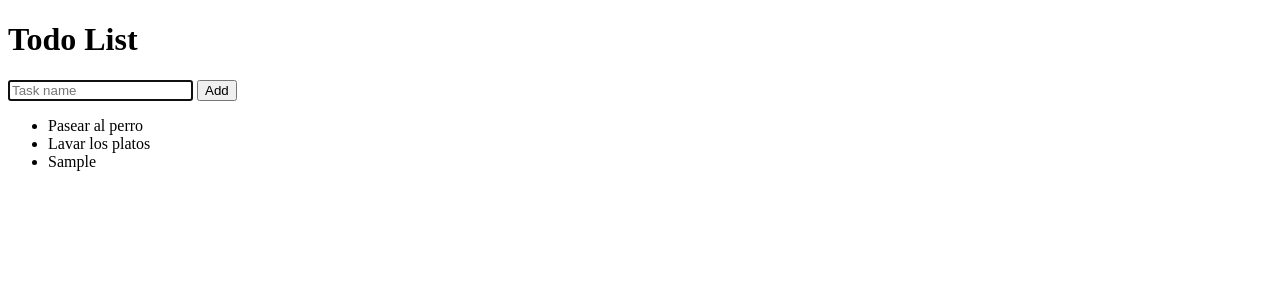
Repository: montsecg/nuclio-javascript-lecture-montse
Page: index.html
The author's editor kept a copy of each file at every save. The page is drawn from the files as they stood at one save, then again after the next save.
The browser window is 1280 px wide. The pictures show the whole page.
Empty fields were first filled with sample values (such as "Sample", 5 or name@example.com).
After loading, the first visible `button` was clicked once.

Above is the page before, as saved 2021-04-15 22:12:54.

### index.html
<!DOCTYPE html>
<html lang="es">
<head> <!--tiene información sobre el documento-->
    <meta charset="UTF-8">
    <meta http-equiv="X-UA-Compatible" content="IE=edge">
    <meta name="viewport" content="width=device-width, initial-scale=1.0">
    <meta name="description" content="The description">
    <link rel="stylesheet" href="./styles.css">
    <script defer src="./index.js"></script><!--carga el documento de JAVASCRIPT-->
    <title>App con javascript</title>
</head>
<body> <!--tiene contenido de la página-->

    <h1 class= "title">Todo List</h1>
    <input placeholder= "Task name" type="text">
    <button>Add</button>
    <ul>
        <li>Pasear al perro</li>
        <li>Lavar los platos</li>
    </ul>


<!-- siempre se escribre después de los elementos que se ven alterados por JAVASECRIPT-->


</body>
</html>

### index.js
//* TRABAJANDO CON BOTONES EN HTML*//

/*const button = document.querySelector("button");*/
/*console.dir(button);
button.innerText = "Hola!";*/


//*cuando se haga clic en el botón, se imprimirá por consola la frase :button clicked*/
/*button.addEventListener("click", () =>{ /*primer parámeto(click)= el nombre del evento que se quiere escuchar con la función addEventListener
    console.log("button clicked")/*segundo parámetro (@functión) = a la acción que se ha de ejecutar cuando ocurra el evento especificado en el primer parámetro
});*/


//*cuando se haga clic en el botón, se cambiará en el botón el texto:Hola*/
/*button.addEventListener("click", () =>{ primer parámeto(click)= el nombre del evento que se quiere escuchar con la función addEventListener
    button.innerText = "Hola";segundo parámetro (String) = la acción que se ha de ejecutar cuando ocurra el evento especificado en el primer parámetro
});*/

//*cuando se haga click en el botón, se mostratá en el botón la suma de las veces que se clika*/

/*let count = 1;
button.addEventListener("click", () =>{ primer parámeto(click)= el nombre del evento que se quiere escuchar con la función addEventListener
    button.innerText = count;segundo parámetro (contador) = /*la acción que se ha de ejecutar cuando ocurra el evento especificado en el primer parámetro
    count += 1;
    if (count >= 11 ) {
        count = 1;
    }
});*/

//*cuando se haga click en el botón, se cambia el style (CSS) del h1*/
/*const title = document.querySelector("h1");
let count = 1;

button.addEventListener("click", () =>{ primer parámeto(click)= el nombre del evento que se quiere escuchar con la función addEventListener
    button.innerText = count;segundo parámetro (contador) = la acción que se ha de ejecutar cuando ocurra el evento especificado en el primer parámetro
    count += 1;
    if (count >= 6 ) {
        //title.style.textTransform = "uppercase";
 /*en todos los titulos se aplica la classe uppercase cuando se realizan 5 clicks en el botón
        title.classList.add("uppercase");
    }
});*/


//*cuando se haga click en el botón, se cambia el h1 a MAYUSCULAS y a MINUSCULAS*////
/*const title = document.querySelector("h1");

button.addEventListener("click", () =>{
    title.classList.toggle("uppercase"); /*uppercases tiene que estar definido en la hoja de CCS, para transformar h1*/
/*});*/

//*TRABAJANDO CON INPUT EN HTML *//

//*declaración de variables que para conectar las etiquetas de HTML y darle lógica con JAVASCRIPT
/*const input = document.querySelector ("input");
const button = document.querySelector ("button");
const title = document.querySelector ("h1");*/

/*Cuando el input cambie, imprime por consola "Hola"*/
/*const input = document.querySelector ("input");
input.addEventListener("input", () =>{
    console.log("Hola");
});*/


//*en este caso se imprime por consola un evento por cada caracter que se escribe en el input*/

/*input.addEventListener("input", (event) =>{
    console.log(event);
});*/

//*en este caso se imprime por consola un caracter por cada caracter que se escribe en el input*/

/*input.addEventListener("input", () =>{
    console.log(input.value);
});*/

//*Para recoger como título lo que se escriba en el input*/

/*input.addEventListener("input", () =>{
    title.innerText = input.value;
});*/

//*AÑADIR ETIQUETAS EN HTML CON JAVASCRIPT - EJEMPLO AÑADIR <LI> EN UNA LISTA USANDO UN INPUT Y UN BOTÓN EN HTML*/

/*cuando se escriba en el input la tarea y se CLIKA el botón ADD, se agregue un <li>*/
const input = document.querySelector("input");
const button = document.querySelector("button");
const list = document.querySelector("ul"); /* guarda la lista de tareas*/

//cada vez que se escriba en el input, que se imprima la lista por consola
/*input.addEventListener("input", () =>{
    //console.log(list);
});*/

//Cuando se presione el ENTER que se agrege el elemento a la lista
input.addEventListener("keypress", (event) =>{//el evento sucede cuando se presiona la tecla ENTER
    if (event.key === 'Enter') {
        const item = document.createElement("li"); //se crea el elemento <li> y se guarda en una constante item
        item.innerText = input.value; // se guarda en item el valor del input
        list.append(item); //se añade a la lista el item guardado

        input.value = ""; //se cambia el valor del input a nada, sirve para limpiar el input
        input.focus(); // se usa para que el cursor se focalice siempre en el input después de CLICKAR en el botón ADD;
    }

});

//Crear un elemento nuevo para guardar el valor(texto) que se escribe en el INPUT y se clicka el boton ADD
button.addEventListener("click", () =>{

    const item = document.createElement("li"); //se crea el elemento <li> y se guarda en una constante item
    item.innerText = input.value; // se guarda en item el valor del input
    list.append(item); //se añade a la lista el item guardado

    input.value = ""; //se cambia el valor del input a nada, sirve para limpiar el input
    input.focus(); // se usa para que el cursor se focalice siempre en el input después de CLICKAR en el botón ADD

});
//*como en las dos funciones anteriores se repite el código, es mejor crear una función que englobe todo el código y se aplique donde sea necesario*//
//Función para crear elemeto"li", guardarlo en una constante, añadirlo a la lista, borrar el input y mantener el cursos en el input

Loaded but not shown: styles.css (no stored copy; drawn as an empty file)

After the next save:
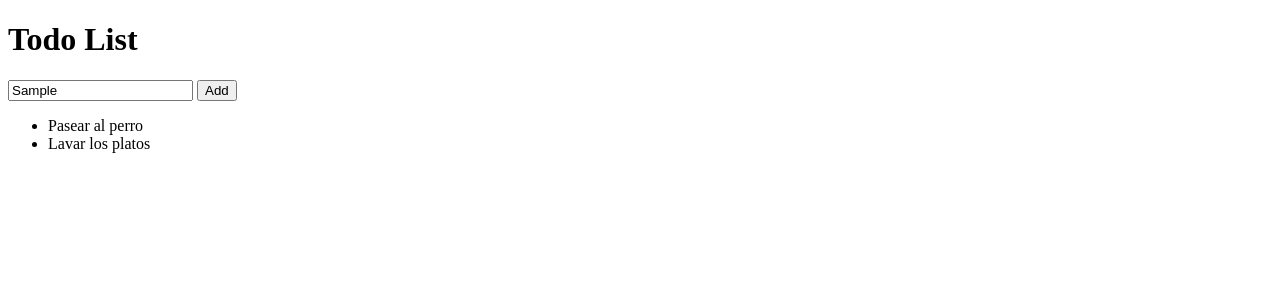
Saved 82 s later.
--- a/index.js
+++ b/index.js
@@ -96,19 +96,31 @@
 //Cuando se presione el ENTER que se agrege el elemento a la lista
 input.addEventListener("keypress", (event) =>{//el evento sucede cuando se presiona la tecla ENTER
     if (event.key === 'Enter') {
-        const item = document.createElement("li"); //se crea el elemento <li> y se guarda en una constante item
+        addItem;
+       /* const item = document.createElement("li"); //se crea el elemento <li> y se guarda en una constante item
         item.innerText = input.value; // se guarda en item el valor del input
         list.append(item); //se añade a la lista el item guardado
 
         input.value = ""; //se cambia el valor del input a nada, sirve para limpiar el input
-        input.focus(); // se usa para que el cursor se focalice siempre en el input después de CLICKAR en el botón ADD;
+        input.focus(); // se usa para que el cursor se focalice siempre en el input después de CLICKAR en el botón ADD;*/
     }
 
 });
 
 //Crear un elemento nuevo para guardar el valor(texto) que se escribe en el INPUT y se clicka el boton ADD
 button.addEventListener("click", () =>{
+        addItem;
+   /* const item = document.createElement("li"); //se crea el elemento <li> y se guarda en una constante item
+    item.innerText = input.value; // se guarda en item el valor del input
+    list.append(item); //se añade a la lista el item guardado
 
+    input.value = ""; //se cambia el valor del input a nada, sirve para limpiar el input
+    input.focus(); // se usa para que el cursor se focalice siempre en el input después de CLICKAR en el botón ADD*/
+
+});
+//*como en las dos funciones anteriores se repite el código, es mejor crear una función que englobe todo el código y se aplique donde sea necesario*//
+//Función para crear elemeto"li", guardarlo en una constante, añadirlo a la lista, borrar el input y mantener el cursos en el input
+function addItem (){
     const item = document.createElement("li"); //se crea el elemento <li> y se guarda en una constante item
     item.innerText = input.value; // se guarda en item el valor del input
     list.append(item); //se añade a la lista el item guardado
@@ -116,6 +128,4 @@
     input.value = ""; //se cambia el valor del input a nada, sirve para limpiar el input
     input.focus(); // se usa para que el cursor se focalice siempre en el input después de CLICKAR en el botón ADD
 
-});
-//*como en las dos funciones anteriores se repite el código, es mejor crear una función que englobe todo el código y se aplique donde sea necesario*//
-//Función para crear elemeto"li", guardarlo en una constante, añadirlo a la lista, borrar el input y mantener el cursos en el input
+}

After the save that followed:
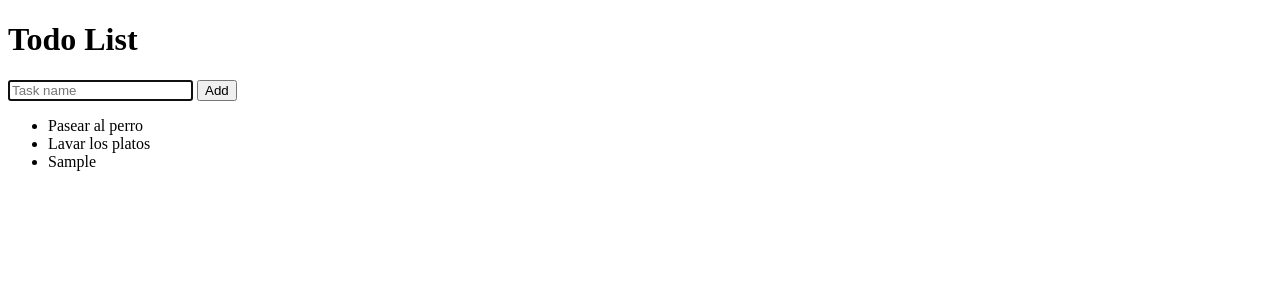
Saved 17 s later.
--- a/index.js
+++ b/index.js
@@ -96,7 +96,7 @@
 //Cuando se presione el ENTER que se agrege el elemento a la lista
 input.addEventListener("keypress", (event) =>{//el evento sucede cuando se presiona la tecla ENTER
     if (event.key === 'Enter') {
-        addItem;
+        addItem();
        /* const item = document.createElement("li"); //se crea el elemento <li> y se guarda en una constante item
         item.innerText = input.value; // se guarda en item el valor del input
         list.append(item); //se añade a la lista el item guardado
@@ -109,7 +109,7 @@
 
 //Crear un elemento nuevo para guardar el valor(texto) que se escribe en el INPUT y se clicka el boton ADD
 button.addEventListener("click", () =>{
-        addItem;
+        addItem();
    /* const item = document.createElement("li"); //se crea el elemento <li> y se guarda en una constante item
     item.innerText = input.value; // se guarda en item el valor del input
     list.append(item); //se añade a la lista el item guardado
